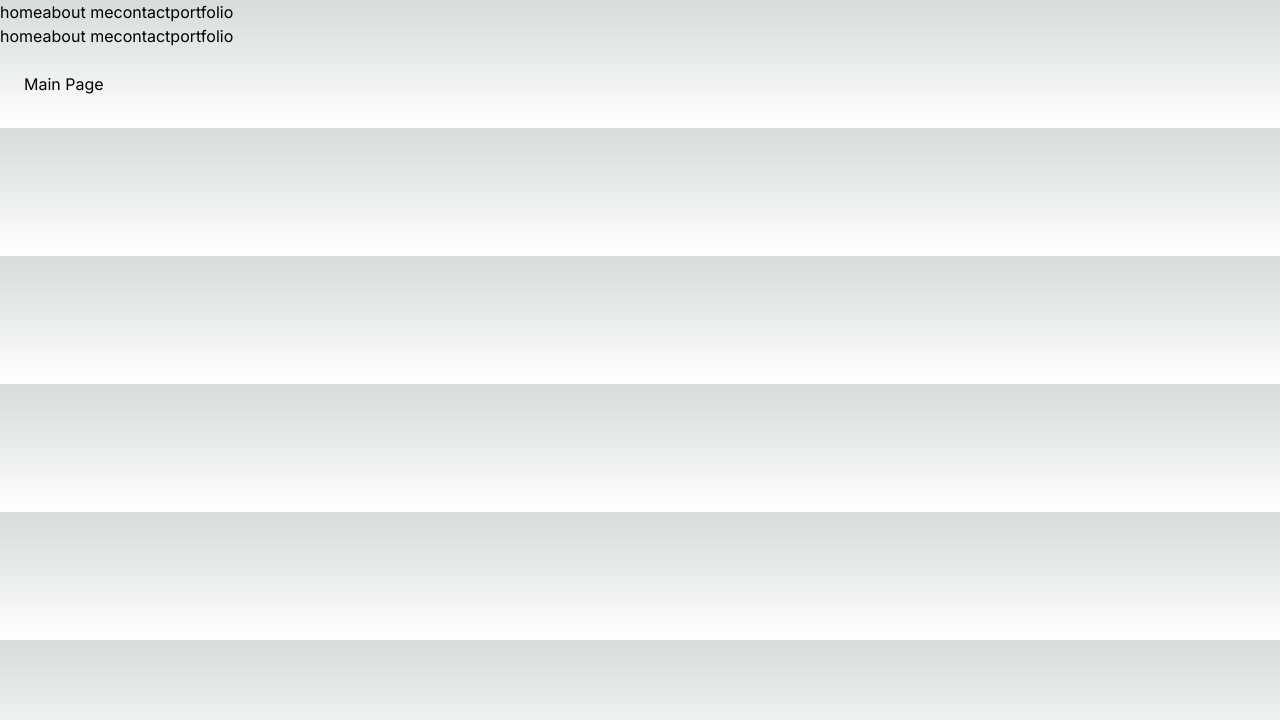
Repository: hubertrh/klaudia-personal-next
Page: /
The author's editor kept a copy of each file at every save. The page is drawn from the files as they stood at one save, then again after the next save.
The browser window is 1280 px wide. The pictures show the whole page.
The project was rebuilt for these pictures with package versions that can differ from the ones it lists, and the page was loaded fresh each time. The framework's server and built-in components were replaced by stand-ins that run in the browser. Also part of the build but not shown: next.config.js.

Above is the page before, as saved 2023-08-11 09:25:00.

### app/layout.tsx
import './globals.css';
import type { Metadata } from 'next';
import { Inter } from 'next/font/google';
import Link from 'next/link';

const inter = Inter({ subsets: ['latin'] });

export const metadata: Metadata = {
  title: 'Klaudia Rogala-Haracz',
  description: 'Portrait and reportage photography. Based in London.',
};

export default function RootLayout({
  children,
}: {
  children: React.ReactNode;
}) {
  return (
    <html lang="en">
      <body className={inter.className}>
        <header>
          <nav>
            <Link href="#!">home</Link>
            <Link href="#!">about me</Link>
            <Link href="#!">contact</Link>
            <Link href="#!">portfolio</Link>
          </nav>
          <div></div>
        </header>
        {children}
      </body>
    </html>
  );
}

### app/(site)/layout.tsx
import '../globals.css';
import type { Metadata } from 'next';
import { Inter } from 'next/font/google';
import Link from 'next/link';

const inter = Inter({ subsets: ['latin'] });

export const metadata: Metadata = {
  title: 'Klaudia Rogala-Haracz',
  description: 'Portrait and reportage photography. Based in London.',
};

export default function RootLayout({
  children,
}: {
  children: React.ReactNode;
}) {
  return (
    <html lang="en">
      <body className={`${inter.className} mb-5`}>
        <header>
          <nav>
            <Link href="#!">home</Link>
            <Link href="#!">about me</Link>
            <Link href="#!">contact</Link>
            <Link href="#!">portfolio</Link>
          </nav>
          <div></div>
        </header>
        {children}
      </body>
    </html>
  );
}

### app/(site)/page.tsx
export default function Home() {
  return <div className="m-3 p-3">Main Page</div>;
}

Loaded but not shown: app/globals.css (common file); tailwind.config.js (common file)

After the next save:
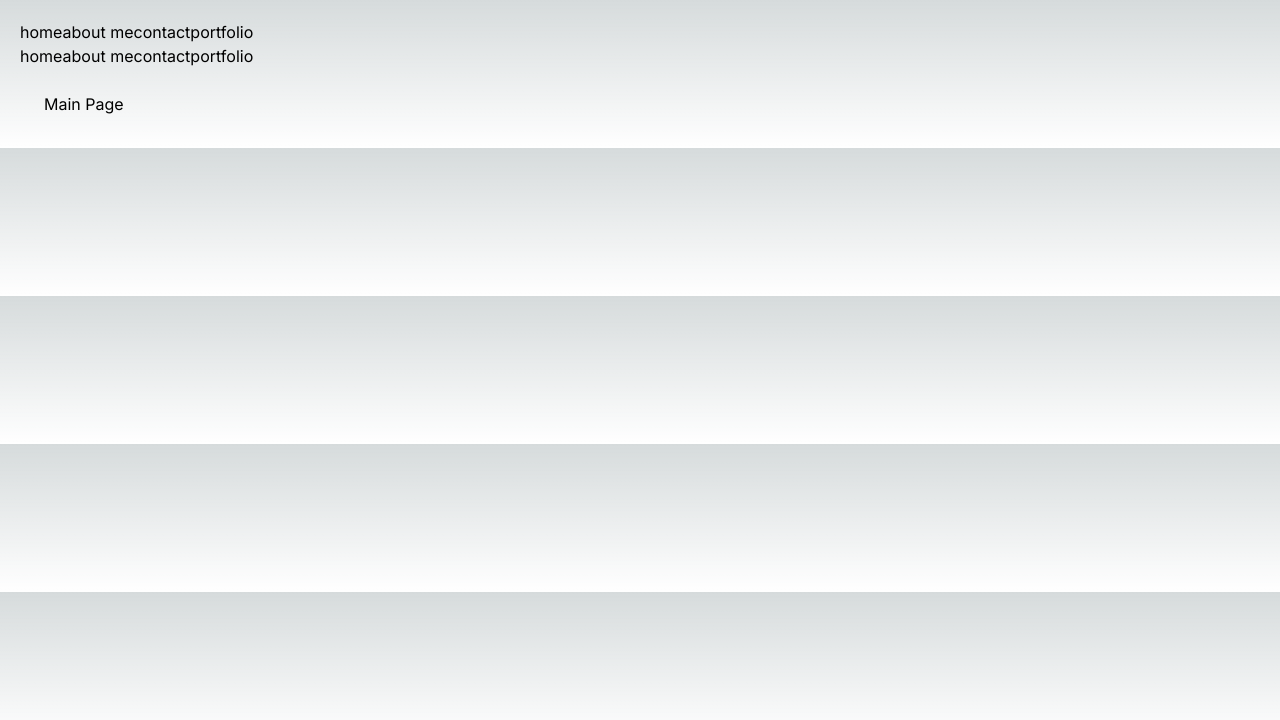
Saved 50 s later.
--- a/app/(site)/layout.tsx
+++ b/app/(site)/layout.tsx
@@ -17,7 +17,7 @@ export default function RootLayout({
 }) {
   return (
     <html lang="en">
-      <body className={`${inter.className} mb-5`}>
+      <body className={`${inter.className} m-5`}>
         <header>
           <nav>
             <Link href="#!">home</Link>
